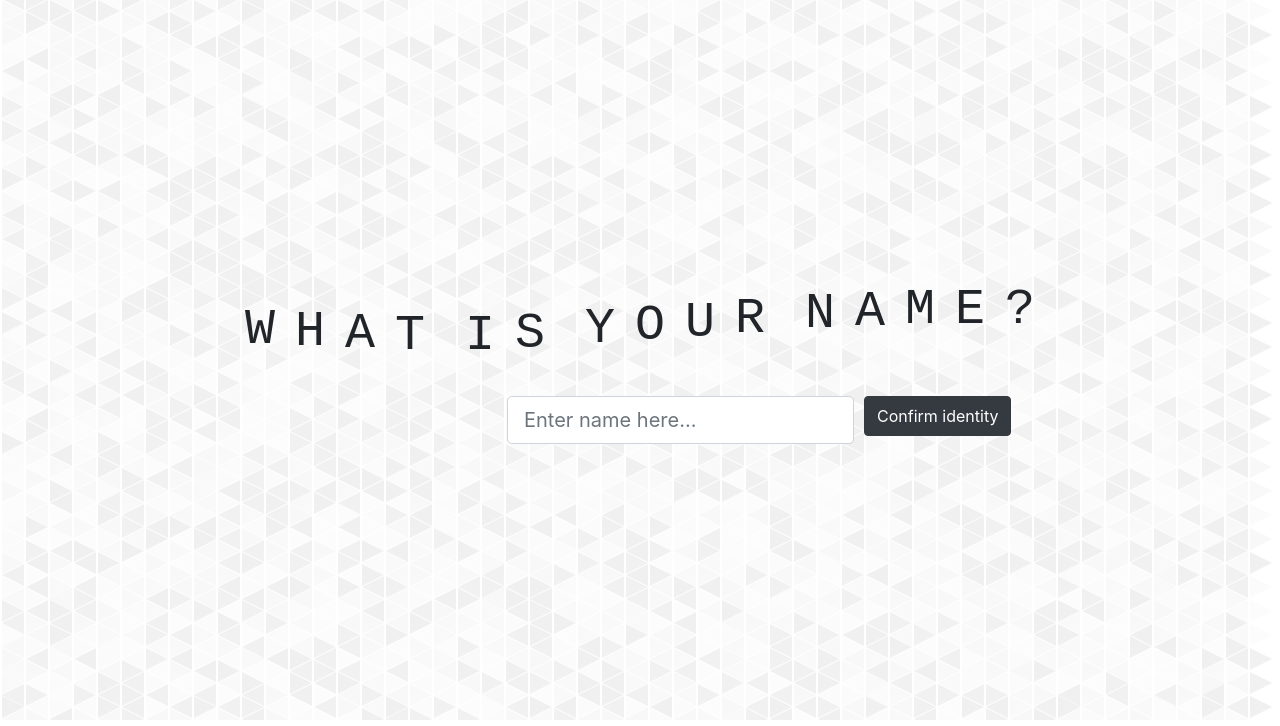
Repository: Aaquib111/Aaquib111.github.io
Page: index.html
An editor plug-in stored every save of this project. The page is shown before and after the next save, followed by the edit.
The browser window is 1280 px wide. The pictures show the whole page.

Above is the page before, as saved 2021-05-13 19:24:34.

After the next save:
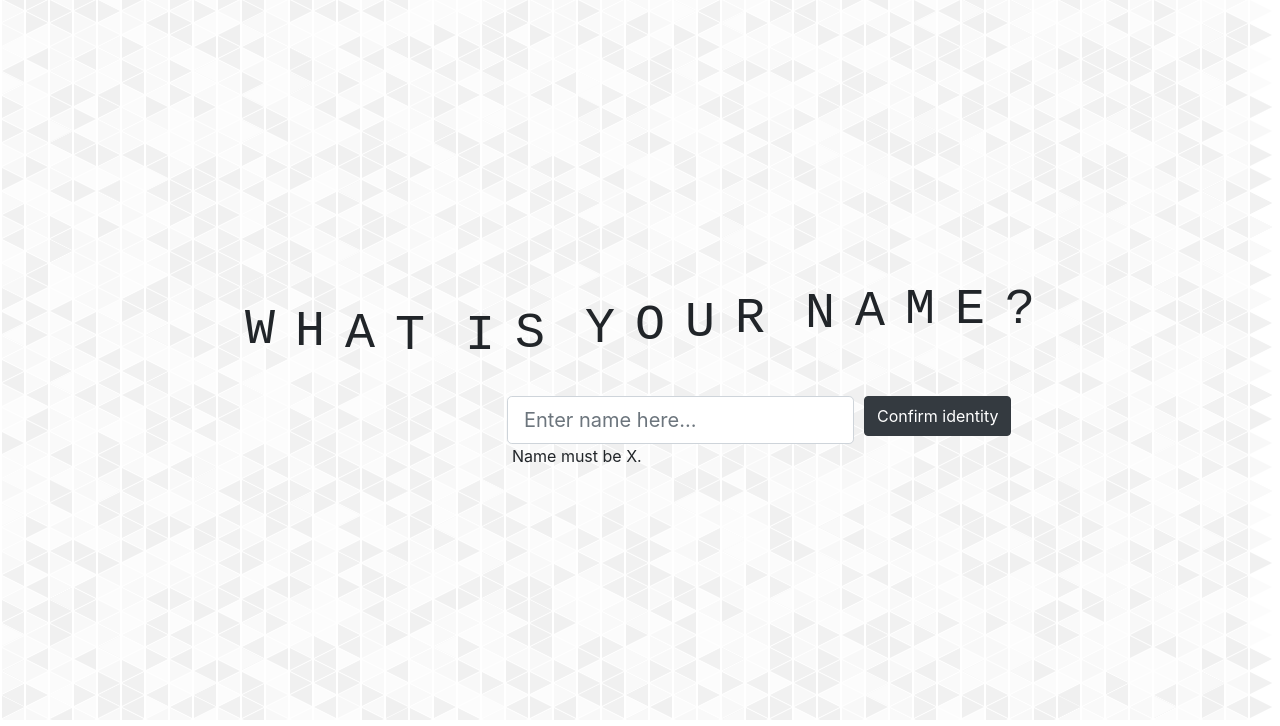
Saved 25 s later.
--- a/index.html
+++ b/index.html
@@ -35,7 +35,7 @@
                         <input class="form-control form-control-lg" type="password" id="firstname" placeholder="Enter name here..." pattern="x">
                         <button type="submit" class="btn btn-dark mb-2" style="margin-left: 10px;">Confirm identity</button>
                     </div>
-                        <div class="invalid-feedback">
+                        <div id="invalid-feedback">
                             Name must be X.
                         </div>
                 </form>
